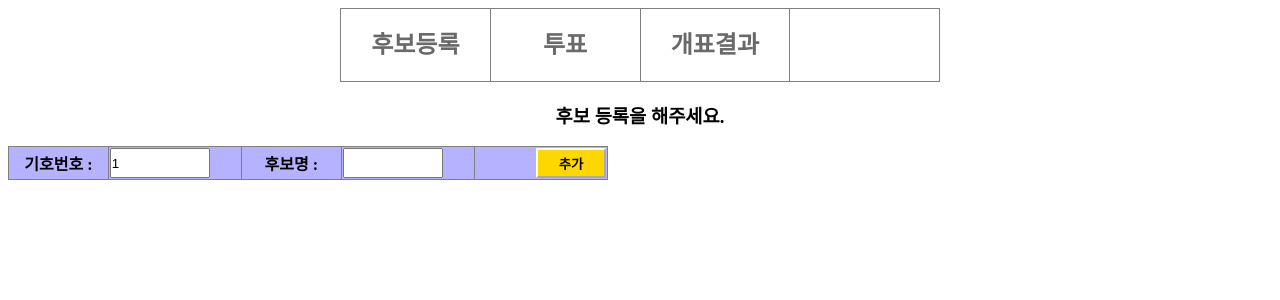
Repository: noheul1030/KOPO-HTML
Page: http://localhost/Tupyo/Tupyo/A_01.jsp
The author's editor kept a copy of each file at every save. The page is drawn from the files as they stood at one save, then again after the next save.
The browser window is 1280 px wide. The pictures show the whole page.
The page is served by Tomcat 9. Queries for data that is not in the repository find no rows.

Above is the page before, as saved 2023-06-03 15:35:43.

After the next save:
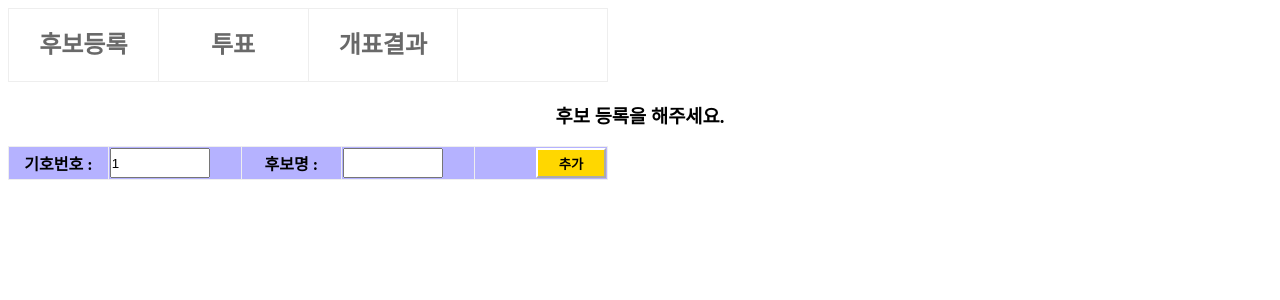
Saved 20 s later.
--- a/Tupyo/src/main/webapp/Tupyo/A_01.jsp
+++ b/Tupyo/src/main/webapp/Tupyo/A_01.jsp
@@ -9,7 +9,7 @@
 <html>
     <head>
     	<style>
-    		table{text-align : center;}
+    		table{text-align : center; border: 1px;}
     		a {text-decoration-line: none;  color: #696969;}
     		h2 {margin-top: 15px; text-align: center;}
     		.fourth {
@@ -72,7 +72,7 @@
 		}
 
 %>
-	  	<table cellspacing="1" width="600" border="1" align="center" style="border-collapse: collapse;" >
+	  	<table cellspacing="1" width="600" border="1" style="border-collapse: collapse;" >
     		<tr>
     			<td width = 25%><a align = center id="update" href="A_01.jsp" target="content"><h2>후보등록</h2></a></td>
     			<td width = 25%><a align = center id="vote" href="B_01_H.jsp" target="content"><h2>투표</h2></a></td>

After the 2 saves that followed:
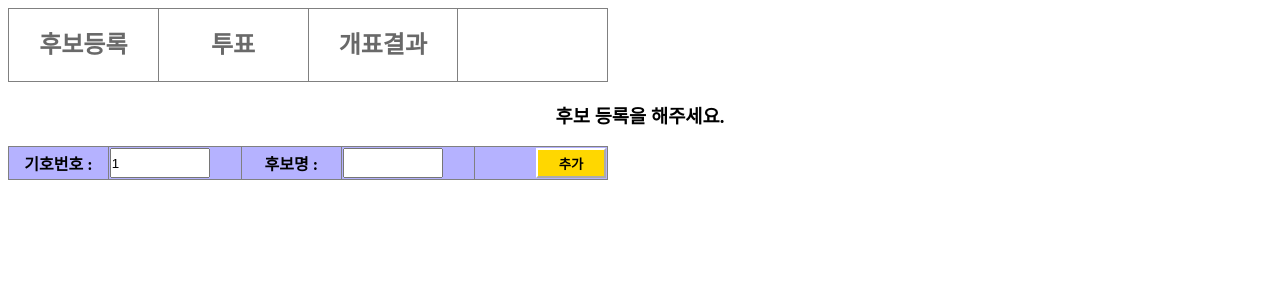
The 2 saves are shown as one change because 1 left the picture as it was.
The last was saved 22 s later.
--- a/Tupyo/src/main/webapp/Tupyo/A_01.jsp
+++ b/Tupyo/src/main/webapp/Tupyo/A_01.jsp
@@ -9,7 +9,7 @@
 <html>
     <head>
     	<style>
-    		table{text-align : center; border: 1px;}
+    		table{text-align : center; border: 1; width : 600;}
     		a {text-decoration-line: none;  color: #696969;}
     		h2 {margin-top: 15px; text-align: center;}
     		.fourth {
